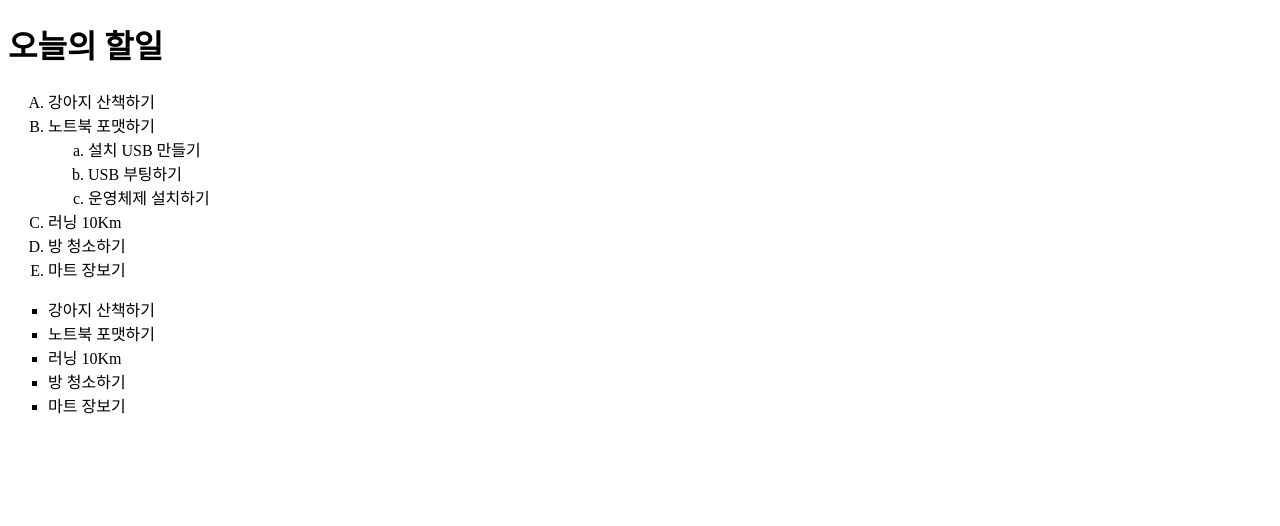
Repository: HongTaeHun337/HTML-CSS-JavaScript-
Page: html/HtmlTest/src/main/webapp/ex09_list.html
An editor plug-in stored every save of this project. The page is shown before and after the next save, followed by the edit.
The browser window is 1280 px wide. The pictures show the whole page.

Above is the page before, as saved 2026-02-13 01:24:51.

### html/HtmlTest/src/main/webapp/ex09_list.html
<!DOCTYPE html>
<html>
<head>
<meta charset="UTF-8">
<title>Insert title here</title>
</head>
<body>
	<!-- ex09_list.html -->
	<!--

		List, 목록

		1. <ol> + <li>
			- <ol>, Ordered List, 순서가 있는 목록
			- <li>, List Item, 항목

		2. <ul> + <li>
			- <ul>, Unordered List, 순서가 없는 목록
			- <li>, List Item, 항목

		3. <dl> + <dt> + <dd>


	 -->

	 <h1>오늘의 할일</h1>

	 <ol type = "A">
	 	<li>강아지 산책하기</li>
	 	<li>
	 		노트북 포맷하기
	 		<ol type = "a">
	 			<li>설치 USB 만들기</li>
	 			<li>USB 부팅하기</li>
	 			<li>운영체제 설치하기</li>
	 		</ol>
	 	</li>
	 	<li>러닝 10Km</li>
	 	<li>방 청소하기</li>
	 	<li>마트 장보기</li>
	 </ol>

	 <!-- bullet -->
	  <ul type = "square">
	 	<li>강아지 산책하기</li>
	 	<li>노트북 포맷하기</li>
	 	<li>러닝 10Km</li>
	 	<li>방 청소하기</li>
	 	<li>마트 장보기</li>
	 </ul>

</body>
</html>

After the next save:
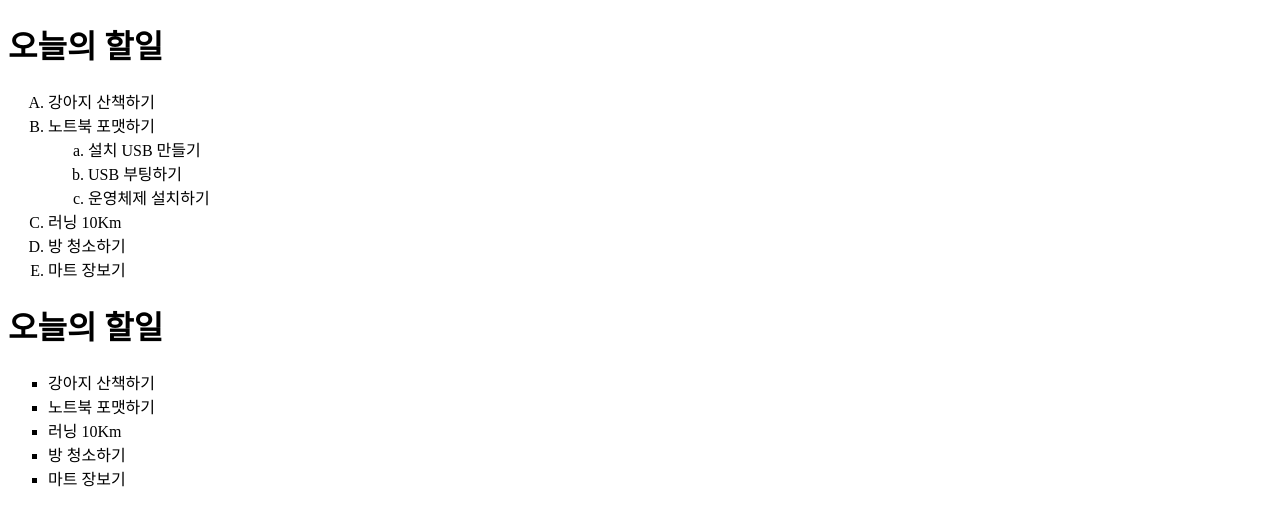
Saved 21 s later.
--- a/html/HtmlTest/src/main/webapp/ex09_list.html
+++ b/html/HtmlTest/src/main/webapp/ex09_list.html
@@ -40,6 +40,8 @@
 	 	<li>마트 장보기</li>
 	 </ol>
 
+	 <h1>오늘의 할일</h1>
+
 	 <!-- bullet -->
 	  <ul type = "square">
 	 	<li>강아지 산책하기</li>
